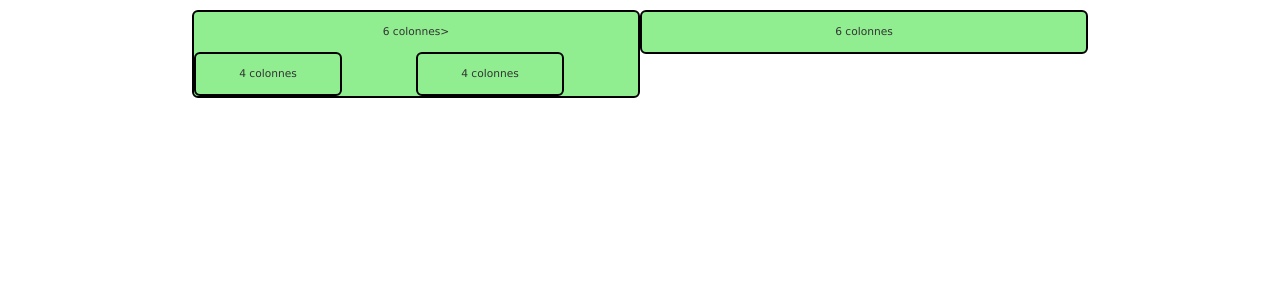
Repository: dridrii/COMPET-BLOC
Page: http://localhost/COMPET-BLOC/
These files come from the project's save history. The page is drawn as it stood at one moment and after the next save; the edit follows.
The browser window is 1280 px wide. The pictures show the whole page.
The page is served by Tomcat 9. Other server files are loaded and not shown.

Above is the page before, as saved 2015-07-11 16:29:09.

### COMPET-BLOC/WebContent/index.jsp
<!DOCTYPE html>
<html>
 <head>
    <link href="boostrap/dist/css/bootstrap.css" rel="stylesheet">
    <link href="inc/css/tuto.css" rel="stylesheet">
  </head>
  <body>
    <div class="container">
 		 <div class="row">
   			 <div class="col-md-6"> 6 colonnes>
   			 	<div class="row">
	    			<div class="col-md-4"> 4 colonnes</div>
	    			<div class="col-md-4 col-lg-offset-2"> 4 colonnes</div>
	    		</div>
    		</div>
    		<div class="col-md-6"> 6 colonnes</div>

		</div>
	</div>
  </body>
</html>

### COMPET-BLOC/WebContent/inc/css/tuto.css
.container {
	padding-right: 15px;
  	padding-left: 15px;
 	margin-right: auto;
  	margin-left: auto;
}

.row {
  margin-right: -15px;
  margin-left: -15px;
}


.navbar-default {
	background-color: #bfbfbf;
	border-color: #bfbfbf ;
}


.text{
	color: #333333;

}

.img-logo {
	height : 250px;
	width : auto;
}

/* Général ------------------------------------------------------------------------------------- */

body, p, legend, label, input {
    font: normal 8pt verdana, helvetica, sans-serif;
}

fieldset {
    padding: 10px;
    border: 1px #0568CD solid;
}

legend {
    font-weight: bold;
    color: #0568CD;
}

/* Forms --------------------------------------------------------------------------------------- */

form label {
    float: left;
    width: 200px;
    margin: 3px 0px 0px 0px;
}

form input {
    margin: 3px 3px 0px 0px;
    border: 1px #999 solid;
}

form input.sansLabel {
    margin-left: 200px;
}

form .requis {
    color: #c00;
}

body {
  padding-top: 10px;
}
[class*="col-"], footer {
  background-color: lightgreen;
  border: 2px solid black;
  border-radius: 6px;
  line-height: 40px;
  text-align: center;
}

@media (min-width: 768px) {
  .container {
    width: 70%;
  }
}
@media (min-width: 992px) {
  .container {
    width: 70%;
  }
}
@media (min-width: 1200px) {
  .container {
    width: 70%;
  }
}

Loaded but not shown: COMPET-BLOC/WebContent/WEB-INF/taglibs.jsp (common file); COMPET-BLOC/WebContent/boostrap/dist/css/bootstrap.css (library)

After the next save:
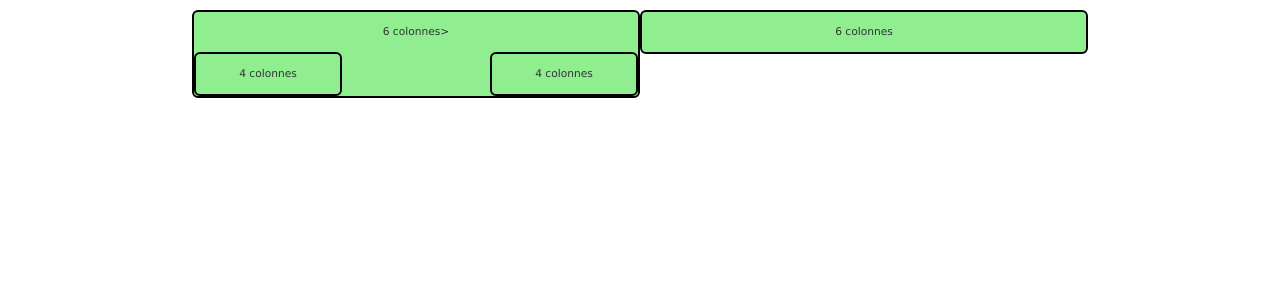
Saved 18 s later.
--- a/COMPET-BLOC/WebContent/index.jsp
+++ b/COMPET-BLOC/WebContent/index.jsp
@@ -10,7 +10,7 @@
    			 <div class="col-md-6"> 6 colonnes>
    			 	<div class="row">
 	    			<div class="col-md-4"> 4 colonnes</div>
-	    			<div class="col-md-4 col-lg-offset-2"> 4 colonnes</div>
+	    			<div class="col-md-4 col-lg-offset-4"> 4 colonnes</div>
 	    		</div>
     		</div>
     		<div class="col-md-6"> 6 colonnes</div>
